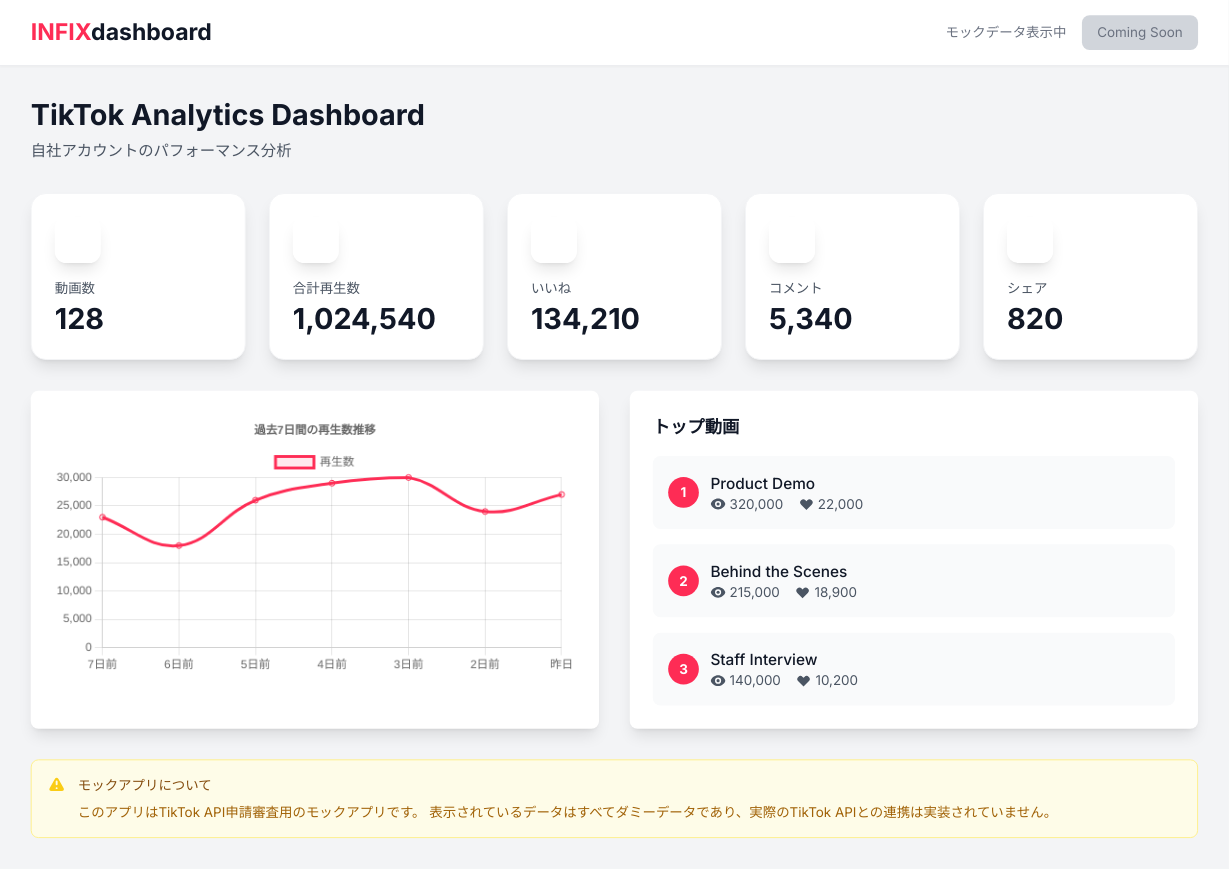
Repository: masayasusuzuki/LogicaMarketingTool
Page: /dashboard
An editor plug-in stored every save of this project. The page is shown before and after the next save, followed by the edit.
The browser window is 1280 px wide. The pictures show the whole page, at 96% of full size.
The project was rebuilt for these pictures with package versions that can differ from the ones it lists, and the page was loaded fresh each time. The framework's server and built-in components were replaced by stand-ins that run in the browser. Also part of the build but not shown: next.config.js.

Above is the page before, as saved 2025-08-07 12:23:25.

After the next save:
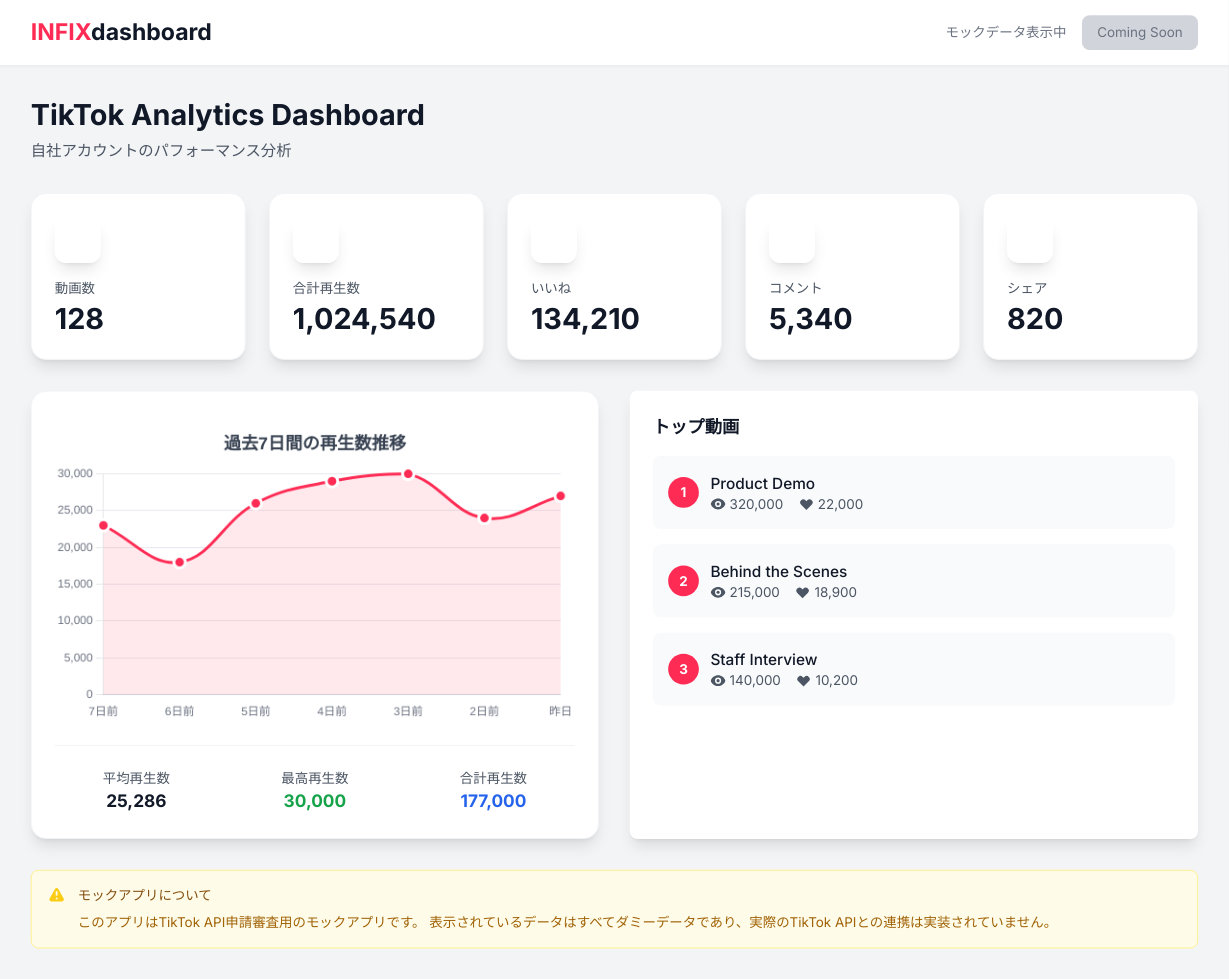
Saved 19 s later.
--- a/src/components/ViewsChart.tsx
+++ b/src/components/ViewsChart.tsx
@@ -9,6 +9,7 @@
   Title,
   Tooltip,
   Legend,
+  Filler,
 } from 'chart.js';
 import { Line } from 'react-chartjs-2';
 
@@ -19,7 +20,8 @@
   LineElement,
   Title,
   Tooltip,
-  Legend
+  Legend,
+  Filler
 );
 
 interface ViewsChartProps {
@@ -29,23 +31,75 @@
 export default function ViewsChart({ dailyViews }: ViewsChartProps) {
   const options = {
     responsive: true,
+    maintainAspectRatio: false,
     plugins: {
       legend: {
-        position: 'top' as const,
+        display: false,
       },
       title: {
         display: true,
         text: '過去7日間の再生数推移',
+        font: {
+          size: 18,
+          weight: 'bold',
+        },
+        color: '#374151',
+        padding: 20,
       },
+      tooltip: {
+        backgroundColor: 'rgba(0, 0, 0, 0.8)',
+        titleColor: '#fff',
+        bodyColor: '#fff',
+        borderColor: '#fe2c55',
+        borderWidth: 1,
+        cornerRadius: 8,
+        displayColors: false,
+        callbacks: {
+          label: function(context: any) {
+            return `再生数: ${context.parsed.y.toLocaleString()}`;
+          }
+        }
+      }
     },
     scales: {
+      x: {
+        grid: {
+          display: false,
+        },
+        ticks: {
+          color: '#6B7280',
+          font: {
+            weight: '500',
+          }
+        }
+      },
       y: {
         beginAtZero: true,
+        grid: {
+          color: '#E5E7EB',
+          drawBorder: false,
+        },
         ticks: {
+          color: '#6B7280',
+          font: {
+            weight: '500',
+          },
           callback: function(value: any) {
             return value.toLocaleString();
           }
         }
+      }
+    },
+    elements: {
+      point: {
+        radius: 6,
+        hoverRadius: 8,
+        backgroundColor: '#fe2c55',
+        borderColor: '#fff',
+        borderWidth: 3,
+      },
+      line: {
+        tension: 0.4,
       }
     }
   };
@@ -60,15 +114,45 @@
         data: dailyViews,
         borderColor: '#fe2c55',
         backgroundColor: 'rgba(254, 44, 85, 0.1)',
-        tension: 0.4,
         fill: true,
+        pointBackgroundColor: '#fe2c55',
+        pointBorderColor: '#fff',
+        pointBorderWidth: 3,
+        pointRadius: 6,
+        pointHoverRadius: 8,
       },
     ],
   };
 
   return (
-    <div className="bg-white rounded-lg shadow-lg p-6">
-      <Line options={options} data={data} />
+    <div className="bg-white rounded-2xl shadow-lg p-6 border border-gray-100">
+      <div className="h-80">
+        <Line options={options} data={data} />
+      </div>
+
+      {/* 統計情報 */}
+      <div className="mt-6 pt-6 border-t border-gray-100">
+        <div className="grid grid-cols-3 gap-4">
+          <div className="text-center">
+            <p className="text-sm text-gray-600">平均再生数</p>
+            <p className="text-lg font-bold text-gray-900">
+              {Math.round(dailyViews.reduce((a, b) => a + b, 0) / dailyViews.length).toLocaleString()}
+            </p>
+          </div>
+          <div className="text-center">
+            <p className="text-sm text-gray-600">最高再生数</p>
+            <p className="text-lg font-bold text-green-600">
+              {Math.max(...dailyViews).toLocaleString()}
+            </p>
+          </div>
+          <div className="text-center">
+            <p className="text-sm text-gray-600">合計再生数</p>
+            <p className="text-lg font-bold text-blue-600">
+              {dailyViews.reduce((a, b) => a + b, 0).toLocaleString()}
+            </p>
+          </div>
+        </div>
+      </div>
     </div>
   );
 }
